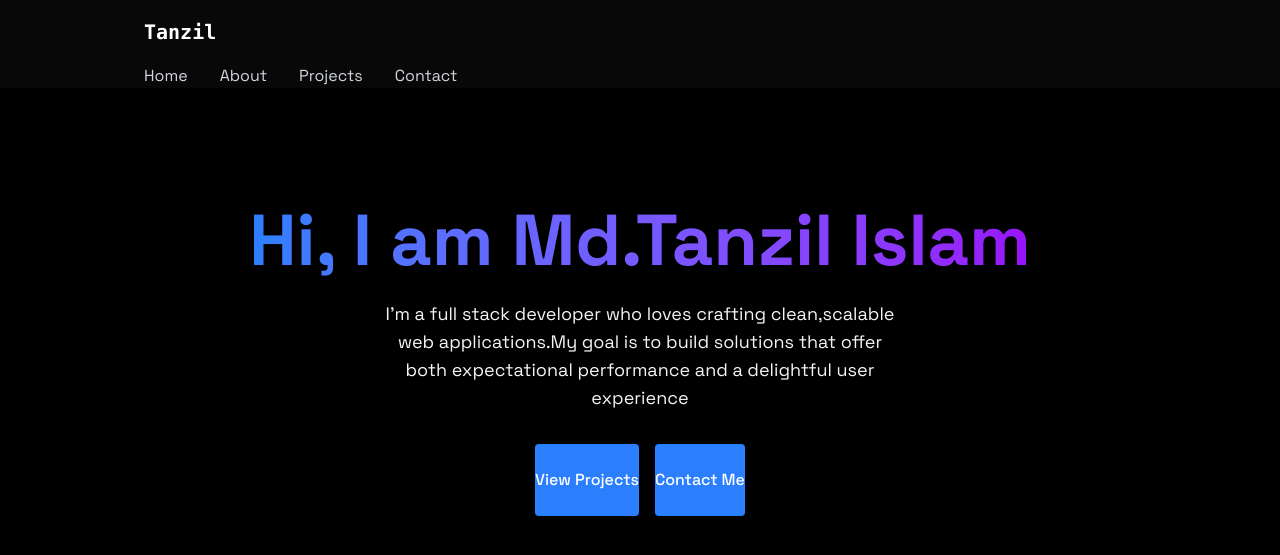
Repository: tanimtanzilislam/my_portfolio
Page: /
These files come from the project's save history. The page is drawn as it stood at one moment and after the next save; the edit follows.
The browser window is 1280 px wide. The pictures show the whole page.
The project was rebuilt for these pictures with package versions that can differ from the ones it lists, and the page was loaded fresh each time. Also part of the build but not shown: vite.config.js.

Above is the page before, as saved 2025-05-10 12:22:22.

After the next save:
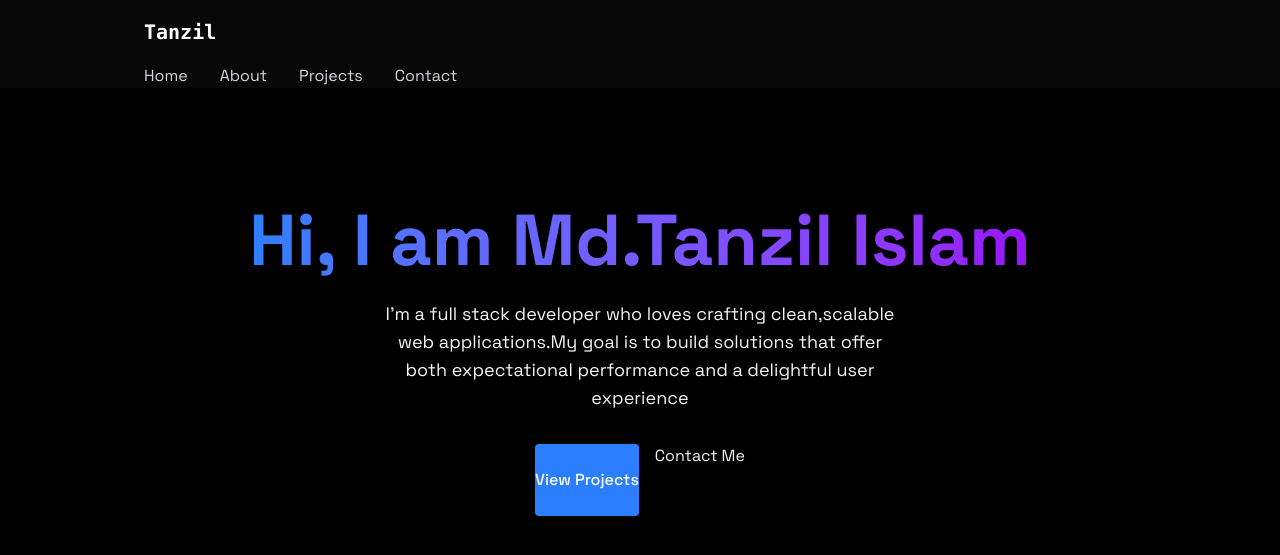
Saved 21 s later.
--- a/src/components/sections/Home.jsx
+++ b/src/components/sections/Home.jsx
@@ -10,7 +10,7 @@ export const Home =()=>{
                 View Projects
             </a>
 
-            <a href="#contact " className="bg-blue-500 text-white py-3 py-6 rounded font-medium transition relative overflow-hidden hover:-translate-y-0.5 hover-shadow-[0_0_15px_rgba(59,130,246,0.4)]">
+            <a href="#contact " className=" hover:-translate-y-0.5 hover-shadow-[0_0_15px_rgba(59,130,246,0.4)]">
                 Contact Me
             </a>
            </div>
